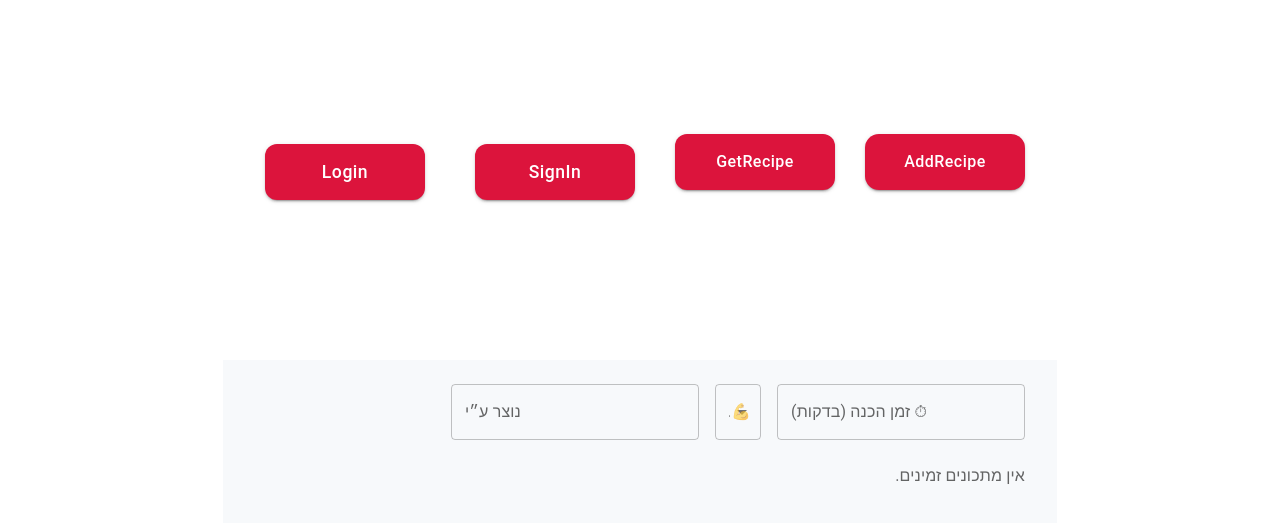
Repository: saraAber/Recipes_ReactProject
Page: /GetRecipes
These files come from the project's save history. The page is drawn as it stood at one moment and after the next save; the edit follows.
The browser window is 1280 px wide. The pictures show the whole page.
The page's requests for data from a server got no answer. The project was rebuilt for these pictures with package versions that can differ from the ones it lists, and the page was loaded fresh each time. No one was signed in, and anything a server would have sent is missing. Also part of the build but not shown: vite.config.ts, src/components/Login.tsx, src/components/SignIn.tsx, src/components/userContext.tsx, src/components/CategoriesContext.tsx, src/components/addRecipe.tsx, src/components/EditRecipe.tsx.

Above is the page before, as saved 2025-05-06 15:29:19.

After the next save:
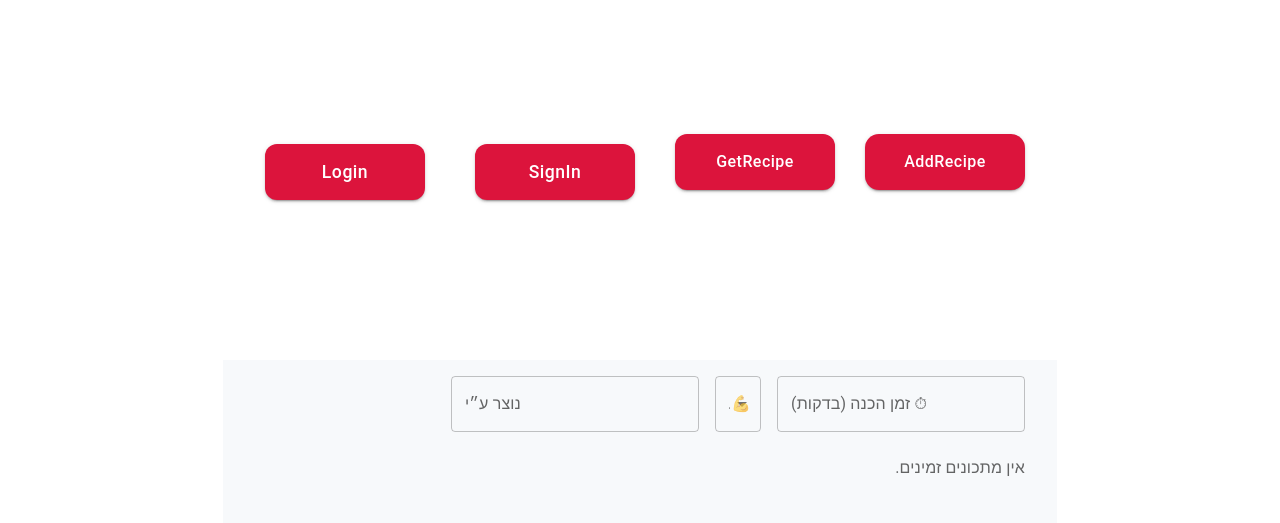
Saved 9 s later.
--- a/src/components/GetRecipes.tsx
+++ b/src/components/GetRecipes.tsx
@@ -70,7 +70,20 @@
   }, [recipes, filters]);
 
   return (
-    <Box dir="rtl" sx={{ px: 4, py: 3, backgroundColor: '#f7f9fb', minHeight: '100vh' }}>
+<Box
+  dir="rtl"
+  sx={{
+    px: 4,
+    pt: 2, // הפחתה מ-py ל-pt כדי לצמצם רווח עליון
+    pb: 6, // ספציפי לתחתית – אפשר גם px במקום py
+    backgroundColor: '#f7f9fb',
+    minHeight: '100vh',
+    display: 'flex',
+    flexDirection: 'column',
+    justifyContent: 'flex-start', // זה דוחף את התוכן למעלה
+  }}
+>
+
       {loading ? (
         <CircularProgress />
       ) : (

After the save that followed:
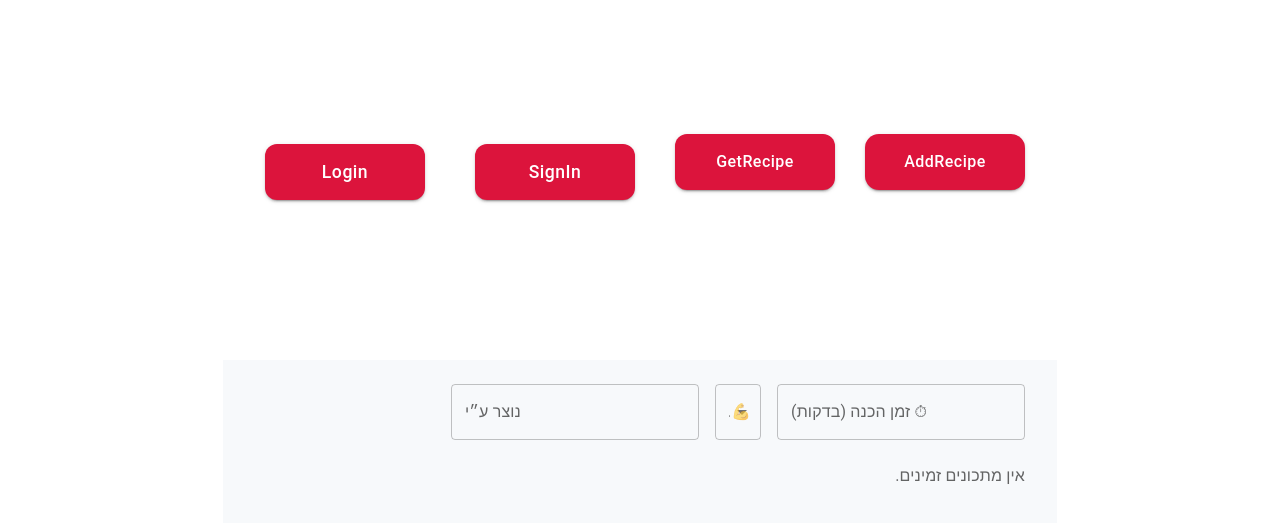
Saved 15 s later.
--- a/src/components/GetRecipes.tsx
+++ b/src/components/GetRecipes.tsx
@@ -70,20 +70,7 @@
   }, [recipes, filters]);
 
   return (
-<Box
-  dir="rtl"
-  sx={{
-    px: 4,
-    pt: 2, // הפחתה מ-py ל-pt כדי לצמצם רווח עליון
-    pb: 6, // ספציפי לתחתית – אפשר גם px במקום py
-    backgroundColor: '#f7f9fb',
-    minHeight: '100vh',
-    display: 'flex',
-    flexDirection: 'column',
-    justifyContent: 'flex-start', // זה דוחף את התוכן למעלה
-  }}
->
-
+    <Box dir="rtl" sx={{ px: 4, py: 3, backgroundColor: '#f7f9fb', minHeight: '100vh' }}>
       {loading ? (
         <CircularProgress />
       ) : (
